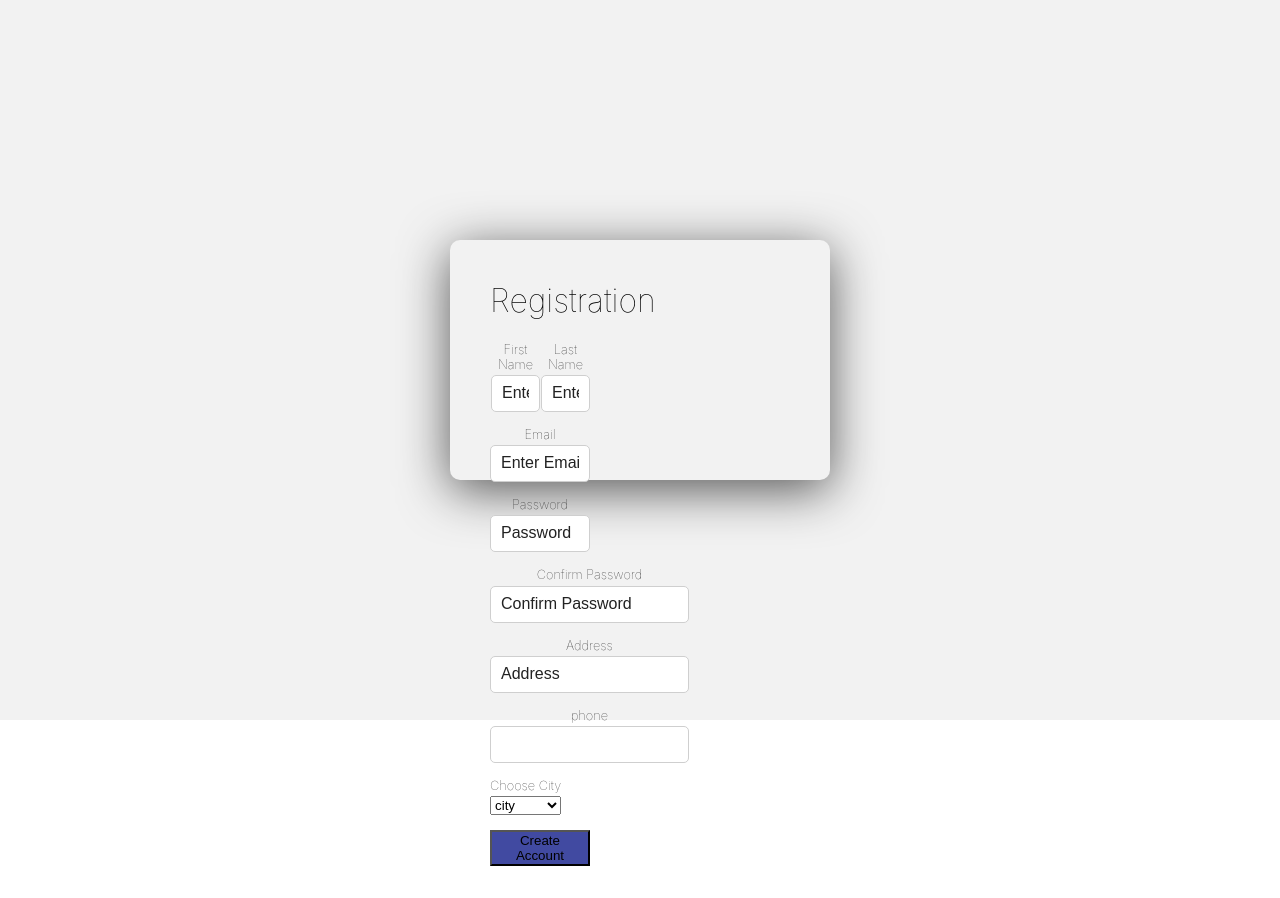
Repository: Fortune-Labs/Event-management-system-CapstoneG3
Page: / (app in frontend/)
An editor plug-in stored every save of this project. The page is shown before and after the next save, followed by the edit.
The browser window is 1280 px wide. The pictures show the whole page.
The project was rebuilt for these pictures with package versions that can differ from the ones it lists, and the page was loaded fresh each time.

Above is the page before, as saved 2020-09-03 00:06:52.

After the next save:
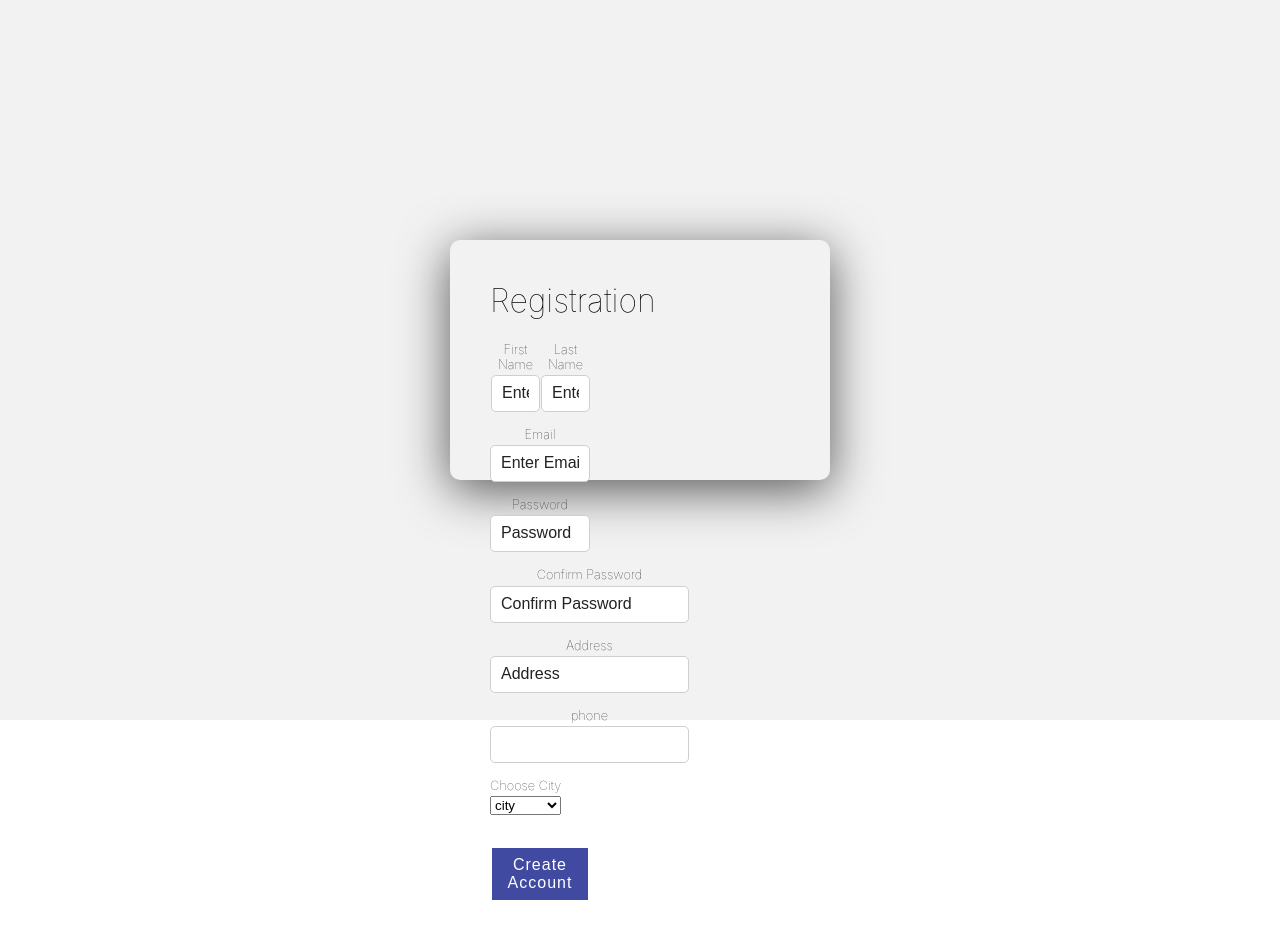
Saved 3 min 1 s later.
--- a/frontend/src/components/LoginSignup/style.css
+++ b/frontend/src/components/LoginSignup/style.css
@@ -100,4 +100,24 @@ input.error {
 
 .register button {
   background-color: #414aa1;
+  color: #fff;
+  border: 2px solid #fff;
+  width: 100%;
+  margin-top: 1em;
+  padding: 8px 0px;
+  font-size: 1em;
+  font-weight: lighter;
+  letter-spacing: 1px;
+  margin-bottom: 0.25em;
 }
+
+.createAccount button:hover {
+  color: #519e8a;
+  background-color: #fff;
+  border: 2px solid #519e8a;
+}
+
+.createAccount small {
+  color: #999;
+  font-weight: lighter;
+}
